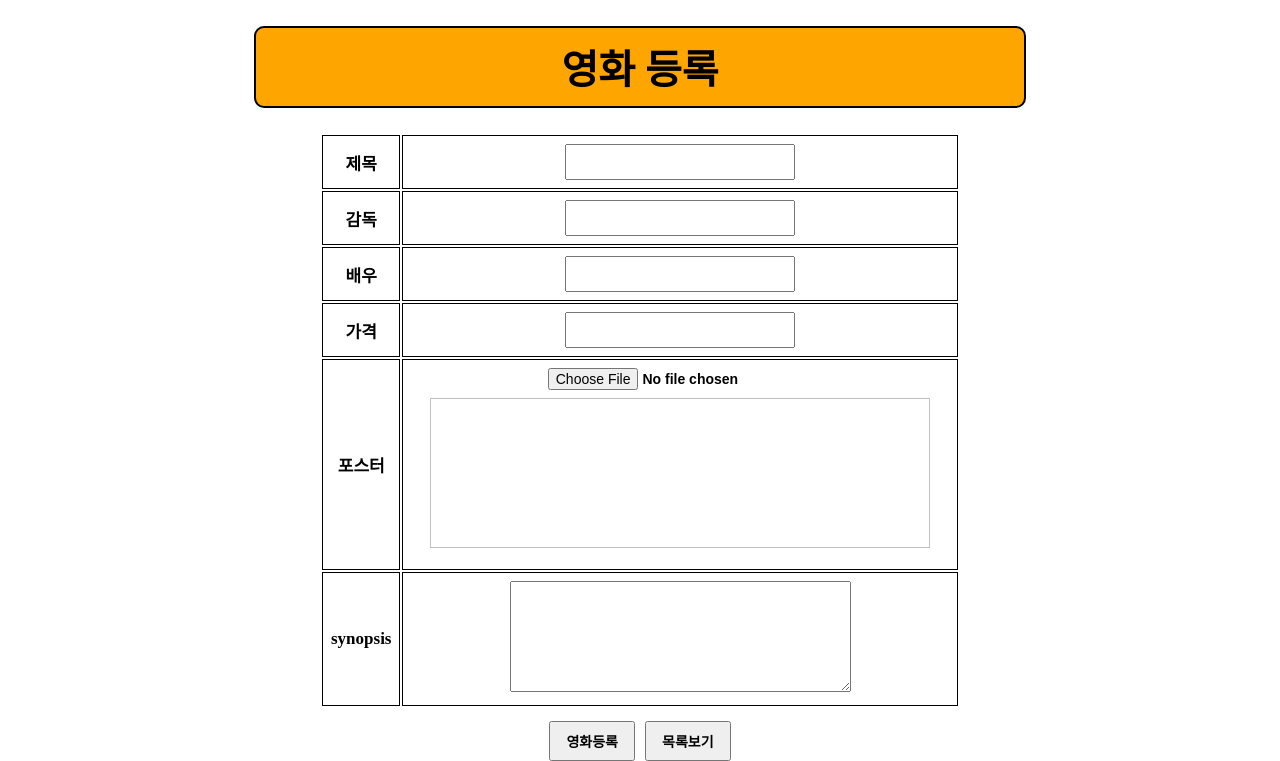
Repository: EverythingOfC/movie
Page: http://localhost/movie/movie/insert.jsp
An editor plug-in stored every save of this project. The page is shown before and after the next save, followed by the edit.
The browser window is 1280 px wide. The pictures show the whole page.
The page is served by Tomcat 9. Nobody is signed in. The application's start-up code is not run. Other server files are loaded and not shown.

Above is the page before, as saved 2023-01-03 03:19:21.

### movie/src/main/webapp/movie/insert.jsp
<%@ page language="java" contentType="text/html; charset=UTF-8"
    pageEncoding="UTF-8"%>
<%@ taglib prefix="c" uri="http://java.sun.com/jsp/jstl/core" %>
<!DOCTYPE html>
<html>
<head>
<meta charset="UTF-8">
<title>Insert title here</title>
<link rel="stylesheet" type="text/css" href="../css/movie.css">
</head>
<body>

<div class = "title">
	<h1> 영화 등록 </h1>
</div>

<div class = "insert">

<form action="ms?command=insert" method="post" enctype="multipart/form-data">
		<!--  Http의 바디부분에 데이터를 여러 부분으로 나누어서 전송함 -->

	<input type="hidden" name="id" value="${member.id }">
	<table>
		<tr>
		<th>제목</th>
		<td><input type="text" name="title"></td>
		</tr>

		<tr>
		<th>감독</th>
		<td><input type="text" name="director"></td>
		</tr>

		<tr>
		<th>배우</th>
		<td><input type="text" name="actor"></td>
		</tr>

		<tr>
		<th>가격</th>
		<td><input type="number" name="price"></td>
		</tr>

		<tr>
		<th>포스터</th>
		<td><div><input type="file" name="poster" onchange="readURL(this);" style="padding:0; text-align:center;">
		<img style="width:500px; height:150px; " id="preview"/></div></td>
		</tr>


		<tr>
		<th>synopsis</th>
		<td><textarea rows="7" cols="40" name="synopsis">

		</textarea></td>
		</tr>

	</table>

	<div class="i_button">
		<input type="submit" value="영화등록">&nbsp;
		<input type="button" onclick="location.href='ms?command=list'" value="목록보기">
	</div>
	</form>
</div>
<script>
	function readURL(input) {
	  if (input.files && input.files[0]) {
	    var reader = new FileReader();
	    reader.onload = function(e) {
	      document.getElementById('preview').src = e.target.result;
	    };
	    reader.readAsDataURL(input.files[0]);
	  } else {
	    document.getElementById('preview').src = "";
	  }
	}
</script>
</body>
</html>

### movie/src/main/webapp/css/movie.css
@charset "UTF-8";

*{
	margin: 0 auto;
}
body{
	font-size:20px;
}
img{
	border:0;
}
a{
	text-decoration:none;
	color:black;
}
a:hover{
	font-weight:bold;
}
li{
	list-style: none;
}

.title{
	margin:2vw auto;
	text-align:center;
	border:2px solid black;
	border-radius:10px;
	background:orange;
	width:60%;
	padding:10px 0;
}
.main table{
	width:80%;
}
.main td,.main th{
	padding:10px;
	border:1px solid black;
	border-collapse: collapse;
}

.insert table td{
	text-align:center;
}
.insert table td input, .i_button input, .insert table td img{
	padding:8px 15px;
	font-weight:bold;
	font-size:14px;
}
.insert table{
	width:50%;
	font-size:17px;
}
.insert td,.insert th{
	padding:8px;
	border:1px solid black;
	border-collapse: collapse;
}
.i_button{
	margin-top:1vw;
	width:50%;
	text-align:center;
}


.login table td{
	text-align:center;
}
.login table td input, .l_button input{
	padding:11px 15px;
	font-weight:bold;
	font-size:14px;
}
.login table{
	width:50%;
	font-size:17px;
}
.login td,.login th{
	padding:8px;
	border:1px solid black;
	border-collapse: collapse;
}
.l_button{
	margin-top:2vw;
	width:50%;
	text-align:center;
}



.sign table td{
	text-align:center;
}

.sign table td label{
	display:inline-block;
	padding:8px 15px;
	font-size:14px;
 }
.sign table td input, .s_button input{
	padding:8px 15px;
	font-weight:bold;
	font-size:14px;
}
.sign table{
	width:50%;
	font-size:17px;
}
.sign td,.sign th{
	padding:8px;
	border:1px solid black;
	border-collapse: collapse;
}
.s_button{
	margin-top:2vw;
	width:50%;
	text-align:center;
}


.update table td{
	text-align:center;
}
.update table td input, .u_button input, .update table td img{
	padding:8px 15px;
	font-weight:bold;
	font-size:14px;
}
.update table{
	width:50%;
	font-size:17px;
}
.update td,.update th{
	padding:8px;
	border:1px solid black;
	border-collapse: collapse;
}
.u_button{
	margin-top:1vw;
	width:50%;
	text-align:center;
}


.view table td{
	text-align:center;
}
.view table td input, .v_button input, .view table td img{
	padding:8px 15px;
	font-weight:bold;
	font-size:14px;
}
.view table{
	width:50%;
	font-size:17px;
}
.view td,.view th{
	padding:8px;
	border:1px solid black;
	border-collapse: collapse;
}
.v_button{
	margin-top:1vw;
	width:50%;
	text-align:center;
}

.page,.pagination{
	width:70%;
	margin-top:2vw;
	text-align:center;
}
.pagination{
	margin-top:3vw;
}

After the next save:
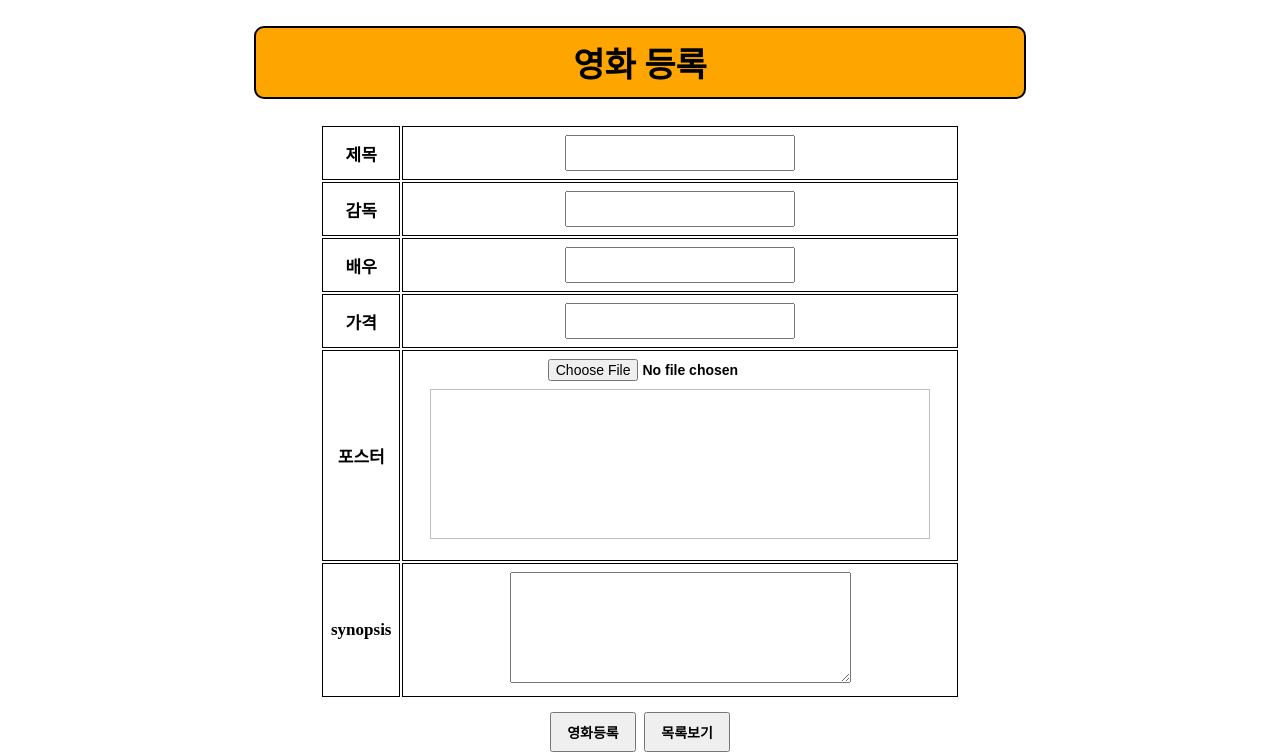
Saved 6 s later.
--- a/movie/src/main/webapp/css/movie.css
+++ b/movie/src/main/webapp/css/movie.css
@@ -4,7 +4,7 @@
 	margin: 0 auto;
 }
 body{
-	font-size:20px;
+	font-size:17px;
 }
 img{
 	border:0;
